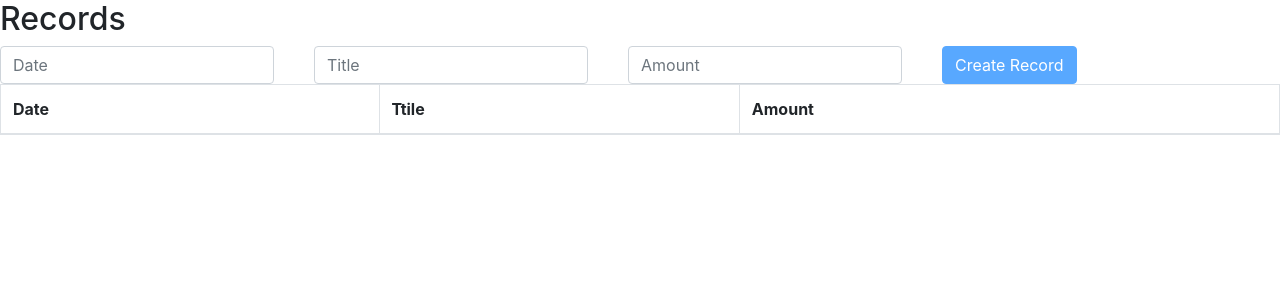
Repository: wjszydygns/accouts
Page: /
These files come from the project's save history. The page is drawn as it stood at one moment and after the next save; the edit follows.
The browser window is 1280 px wide. The pictures show the whole page.
The page's requests for data from a server got no answer. The project was rebuilt for these pictures with package versions that can differ from the ones it lists, and the page was loaded fresh each time. No one was signed in, and anything a server would have sent is missing. Also part of the build but not shown: src/components/record.jsx.

Above is the page before, as saved 2018-11-30 15:27:59.

### public/index.html
<!DOCTYPE html>
<html lang="en">
  <head>
    <meta charset="utf-8">
    <link rel="shortcut icon" href="%PUBLIC_URL%/favicon.ico">
    <meta name="viewport" content="width=device-width, initial-scale=1, shrink-to-fit=no">
    <meta name="theme-color" content="#000000">
    <!--
      manifest.json provides metadata used when your web app is added to the
      homescreen on Android. See https://developers.google.com/web/fundamentals/web-app-manifest/
    -->
    <link rel="manifest" href="%PUBLIC_URL%/manifest.json">
    <link href="https://cdn.bootcss.com/twitter-bootstrap/4.1.3/css/bootstrap.min.css" rel="stylesheet">


    <title>React App</title>
  </head>
  <body>

    <div id="root"></div>

  </body>
</html>

### src/index.js
import React from 'react';
import ReactDOM from 'react-dom';

import RecordList from './components/records';
import * as serviceWorker from './serviceWorker';

ReactDOM.render(<RecordList />, document.getElementById('root'));

// If you want your app to work offline and load faster, you can change
// unregister() to register() below. Note this comes with some pitfalls.
// Learn more about service workers: http://bit.ly/CRA-PWA
serviceWorker.unregister();

### src/components/records.jsx
import React, { Component } from 'react';
import { table } from "antd"
import Record from "./record"
import * as moment from "moment"
import axios from "axios"
import PropTypes from "prop-types"
import * as RecordsAPI  from "../utils/RecordsAPI"
import RecordForm from "./RecordForm"

class RecordList extends Component {
  constructor(props)
  {
    super(props)
    this.state={
     records:
     [
        // {id:1,date:"2018-11-2",title:"房租",amount:1900},
        // {id:2,date:"2018-11-5",title:"工资收入",amount:5000},
        // {id:3,date:"2018-11-11",title:"购物",amount:700},
        // {id:4,date:"2018-11-16",title:"收入",amount:800},
     ],
     isloaded:false,
     error:null
    }
  }

  componentDidMount(){
    const {records,isloaded}=this.state;
    // const url=`https://5bfe4524362b930013f651be.mockapi.io/api/v1/records`
    //  fetch(url).then(res=>{
    //    return res.json();

    //  }).then(data=>{  //res.data=data
    //    this.setState({
    //      records:data
    //    })
    //  }).catch(err=>
    //    console.log(err)
    //   )

    RecordsAPI.getAll().then(res=>{
     this.setState({
       records:res.data,
       isloaded:true
     })

    }).catch(error=>{
      this.setState({
      isloaded:true,
      })
    })

  }
  render() {
    const {error,isloaded,records}=this.state;
    let recordsComponent;
    {
      if(error)
      {
        recordsComponent= <div>{error}</div>
      }else if(!isloaded)
      {
         recordsComponent=<div>Loading...</div>

      }
      else{
        recordsComponent= (
          <div >
            <table className="table table-bordered">
              <thead>
                <tr>
                  <th>Date</th>
                  <th>Ttile</th>
                  <th>Amount</th>
                </tr>
              </thead>
              <tbody>
                {
                  this.state.records.map((item,index)=>{
                    item.date=moment(item.date).format("YYYY-MM-DD:HH:ss:mm")
                     return <Record  key={item.id} {...item}/>

                  })
                }
              </tbody>
            </table>
          </div>
        );
      }
    }

    return(
      <div>
          <h2>Records</h2>
           <RecordForm/>
           {recordsComponent}
      </div>

    )


  }
}

export default RecordList;

### src/utils/RecordsAPI.js
import axios from "axios"
//使用环境变量来定义ａｐｉ,这样就可以把好多人要请求的接口放到一起通过ａｐｉ.什么来引用
//REACT_APP_RECORDS_API_URL这就是一个环境变量，要在ｓｃｒｉｐｔｓ里面定义这个环境变量的值,process.env是引用环境变量的前缀
 const api=process.env.REACT_APP_RECORDS_API_URL ||"http://localhost:5000"

//将axios请求全部封装到一个方法里面

export const getAll=()=>{
    //注意箭头函数要加大括号的话必须加return,否则没有返回值
   return axios.get(`${api}api/v1/records`)

}

### src/components/RecordForm.js
import React, { Component } from 'react';
import {table} from "antd"
import PropTypes from "prop-types"
import "../index.css"

class RecordForm extends Component {

   state={
       date:"",
       title:"",
       amount:"",
   }

    valid=()=>{
        //验证是否有效，三个同时有值的时候才有效，返回true
        return  this.state.date &&this.state.title &&this.state.amount


    }


  render() {
      //  const {record}=this.props
      const {date,title,amount}=this.state;
    return (
     <form className="form-inline">
      <div className="form-group">
        <input type="text" className="form-control"
               placeholder="Date"
               name="date" value={date}
               onChange={(e)=>this.setState({date:e.target.value})}/>

      </div>
      <div className="form-group">
        <input type="text" className="form-control"
               placeholder="Title"
               name="title" value={title}
               onChange={e=>this.setState({title:e.target.value})}/>

      </div>
      <div className="form-group">
        <input type="text" className="form-control"
               placeholder="Amount"
               name="amount" value={amount}
               onChange={e=>this.setState({amount:e.target.value})}/>

      </div>
      <div className="form-group">
      <button className="btn btn-primary"
              type="submit"
              disabled={!(date && title && amount)}>
              Create Record
     </button>
      </div>

     </form>
    );
  }
}

export default RecordForm;
 RecordForm.propTypes={
  id:PropTypes.number,
  date:PropTypes.string,
  title:PropTypes.string,
  amount:PropTypes.number



}

### src/index.css
body {
  margin: 0;
  padding: 0;
  font-family: -apple-system, BlinkMacSystemFont, "Segoe UI", "Roboto", "Oxygen",
    "Ubuntu", "Cantarell", "Fira Sans", "Droid Sans", "Helvetica Neue",
    sans-serif;
  -webkit-font-smoothing: antialiased;
  -moz-osx-font-smoothing: grayscale;
}

.form-group{
    margin-right:40px;

}

Loaded but not shown: src/serviceWorker.js (common file)

After the next save:
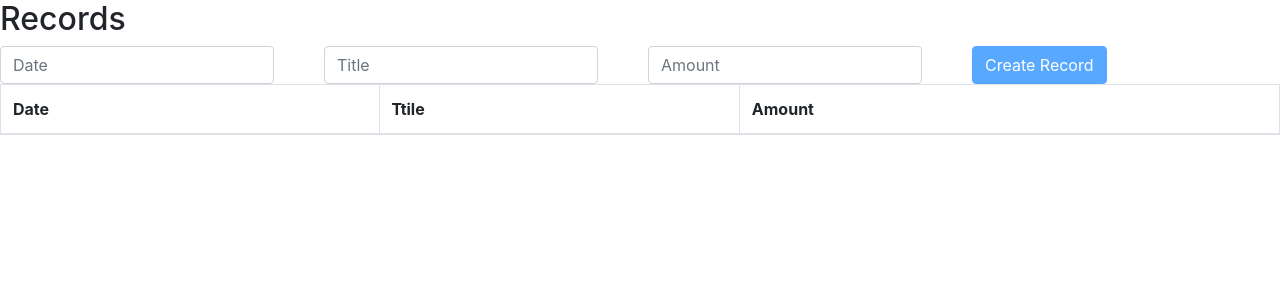
Saved 6 s later.
--- a/src/index.css
+++ b/src/index.css
@@ -9,6 +9,6 @@ body {
 }
 
 .form-group{
-    margin-right:40px;
+    margin-right:50px;
 
 }
